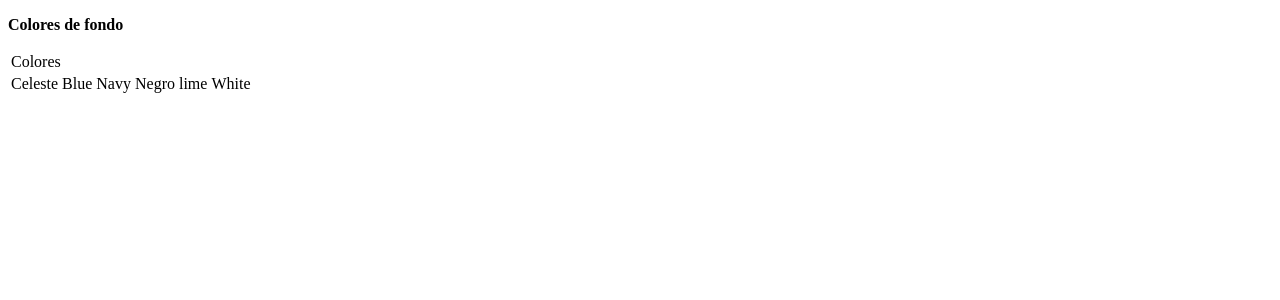
Repository: ThePerez/ArgProg
Page: Practicas ArgProg/Practica 3/Ejercicio 5/index.html
An editor plug-in stored every save of this project. The page is shown before and after a run of saves, followed by the edit.
The browser window is 1280 px wide. The pictures show the whole page.

Above is the page before, as saved 2023-03-14 11:49:43.

After the next 5 saves:
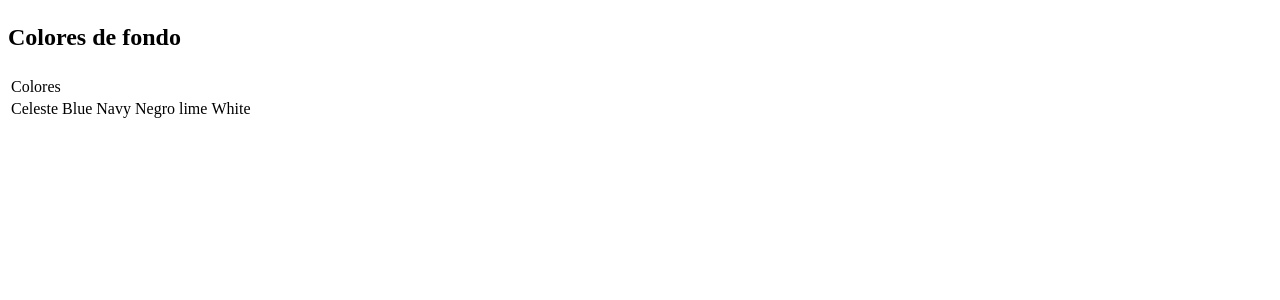
The 5 saves are shown as one change because they came seconds apart.
The last was saved 16 s later.
--- a/Practicas ArgProg/Practica 3/Ejercicio 5/styles.css
+++ b/Practicas ArgProg/Practica 3/Ejercicio 5/styles.css
@@ -1,4 +1,4 @@
 #title{
      font-weight: bold;
-     ;
+     font-size: x-large;
 }
